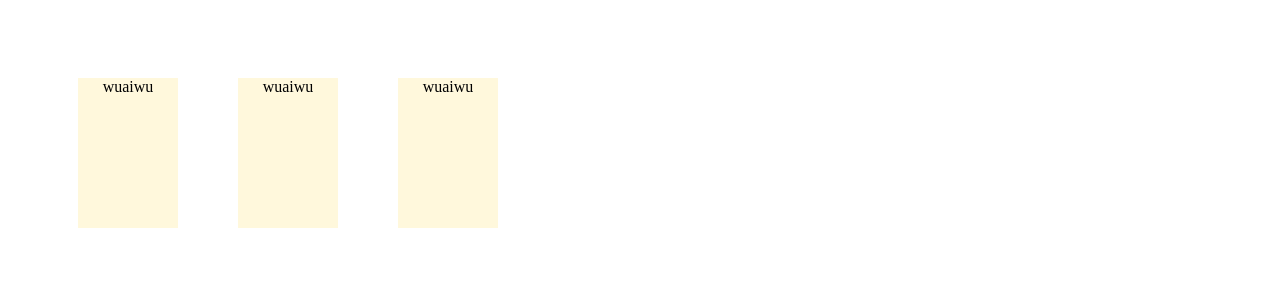
Repository: monijijian/VScodeProject
Page: 02.CSS/过渡和动画.html/过渡.html
The author's editor kept a copy of each file at every save. The page is drawn from the files as they stood at one save, then again after the next save.
The browser window is 1280 px wide. The pictures show the whole page.

Above is the page before, as saved 2020-10-14 17:23:38.

### 02.CSS/过渡和动画.html/过渡.html
<!DOCTYPE html>
<html lang="en">
<head>
    <meta charset="UTF-8">
    <meta name="viewport" content="width=device-width, initial-scale=1.0">
    <title>过渡效果</title>

    <style>
        .body{
            margin: 0;
            padding: 0;
            background-color: #eeeeee;
        }
        .content{
            padding: 40px;
            margin: 80px,auto;
        }
        .item{
            background-color: cornsilk;
            width: 100px;
            height: 150px;
            position: relative;

            float: left;
            margin: 30px;

            overflow: hidden;
            transition: all .5s linear;
        }
        .item:hover{
            margin-top: 15px;
            box-shadow:0 0 15px darkgray;
        }

        .spn1{
            position: absolute;
            text-align: center;
            height: 100%;
            width: 100%;
            line-height: height;
        }
        .spn2{
            text-align: center;
            background-color: lightblue;
            width: 100%;
            height: 80px;

            position: absolute;
            left: 0;
            bottom: -80px;

            transition: all .6s ease-in;
        }
        .item:hover .spn2{
            bottom: 0px;
        }
    </style>
</head>
<body>
    <div class="content">
        <div class="item">
            <span class="spn1">wuaiwu</span>
            <span class="spn2">huwahu</span>
        </div>
        <div class="item">
            <span class="spn1">wuaiwu</span>
            <span class="spn2">huwahu</span>
        </div>
        <div class="item">
            <span class="spn1">wuaiwu</span>
            <span class="spn2">huwahu</span>
        </div>
    </div>
</body>
</html>

After the next save:
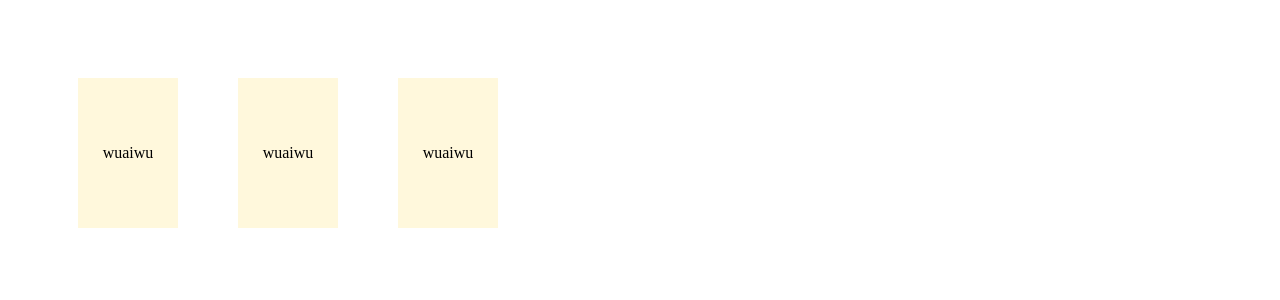
Saved 9 s later.
--- a/02.CSS/过渡和动画.html/过渡.html
+++ b/02.CSS/过渡和动画.html/过渡.html
@@ -37,7 +37,7 @@
             text-align: center;
             height: 100%;
             width: 100%;
-            line-height: height;
+            line-height: 150px;
         }
         .spn2{
             text-align: center;

After the save that followed:
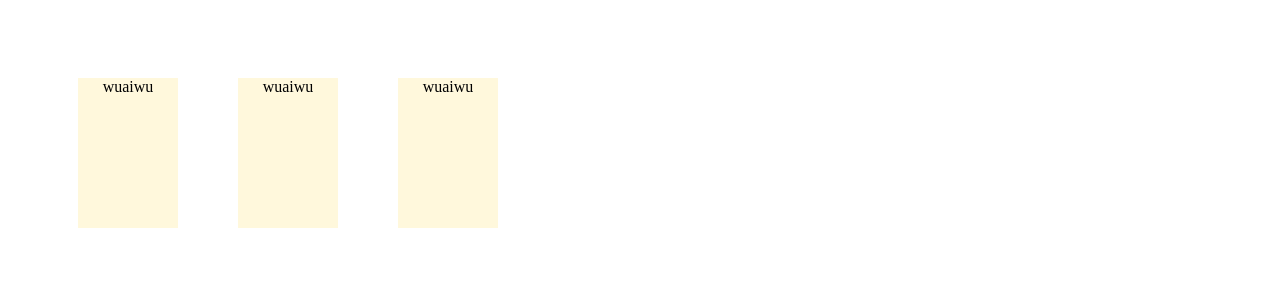
Saved 50 s later.
--- a/02.CSS/过渡和动画.html/过渡.html
+++ b/02.CSS/过渡和动画.html/过渡.html
@@ -37,7 +37,8 @@
             text-align: center;
             height: 100%;
             width: 100%;
-            line-height: 150px;
+            /* line-height: 150px; */
+            padding: 0;
         }
         .spn2{
             text-align: center;
